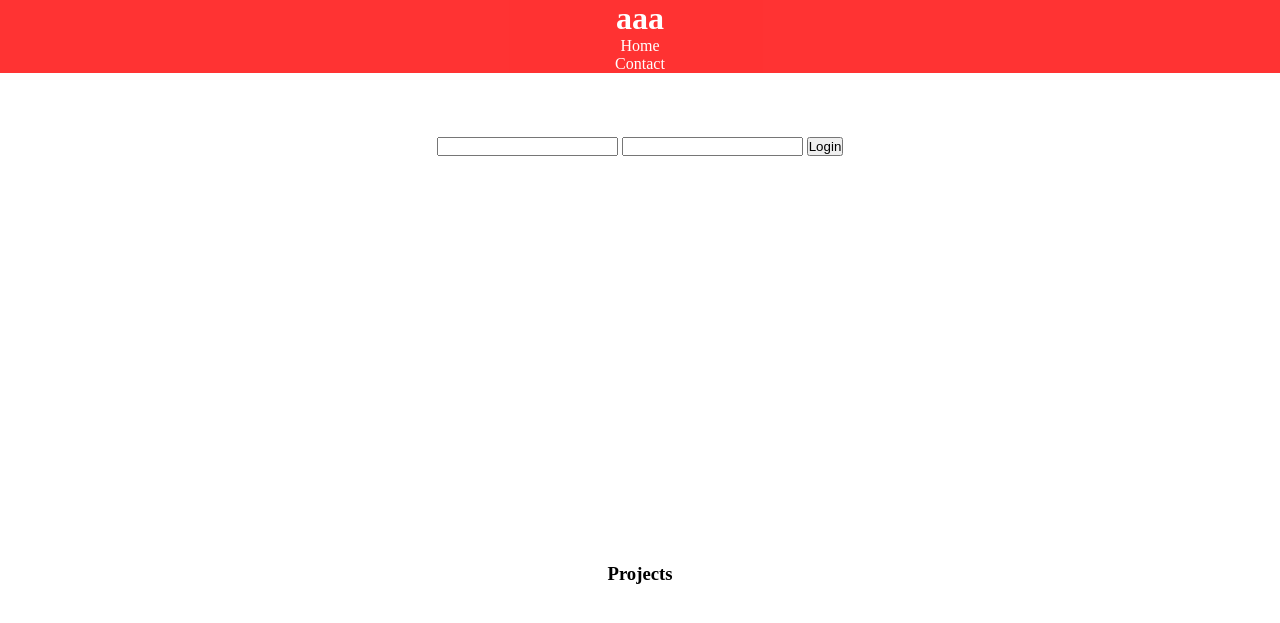
Repository: haakanerol/haakanerol
Page: Js.ass1/index.html
An editor plug-in stored every save of this project. The page is shown before and after a run of saves, followed by the edit.
The browser window is 1280 px wide. The pictures show the whole page.

Above is the page before, as saved 2024-02-25 15:54:42.

After the next 5 saves:
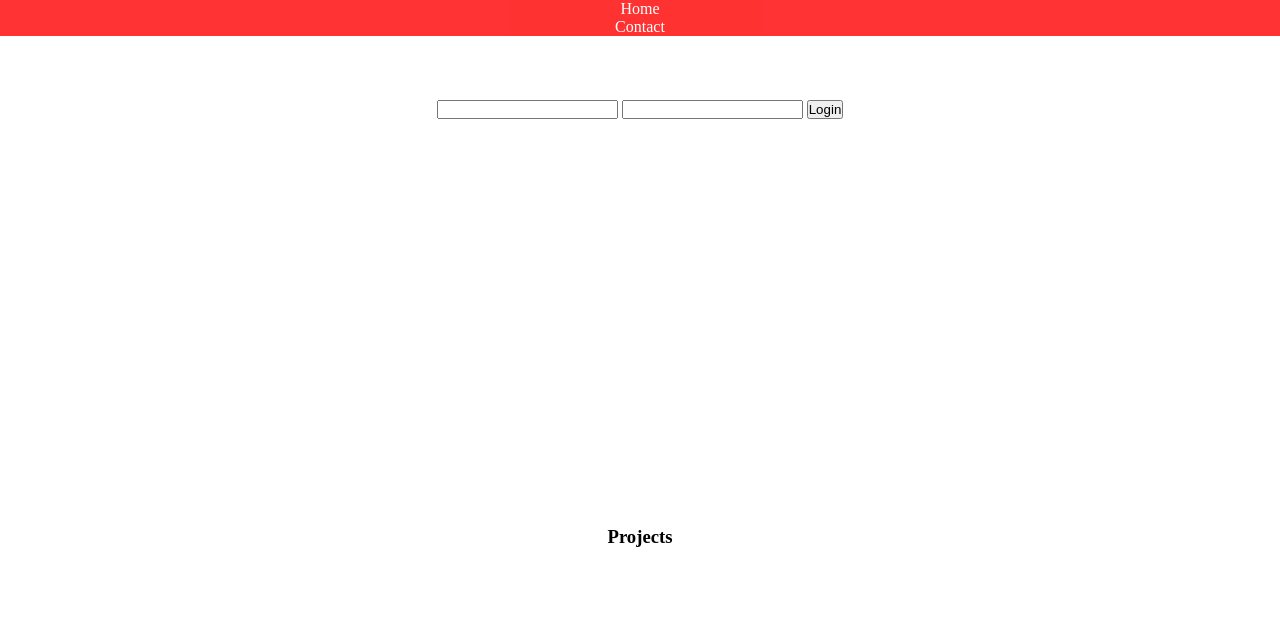
The 5 saves are shown as one change because they came seconds apart.
The last was saved 12 s later.
--- a/Js.ass1/app.js
+++ b/Js.ass1/app.js
@@ -5,4 +5,4 @@
 newHeader.style.textAlign = "center"
 
 newTitle = document.getElementById("title")
-newTitle.text
+newTitle.textContent = ""

After the 2 saves that followed:
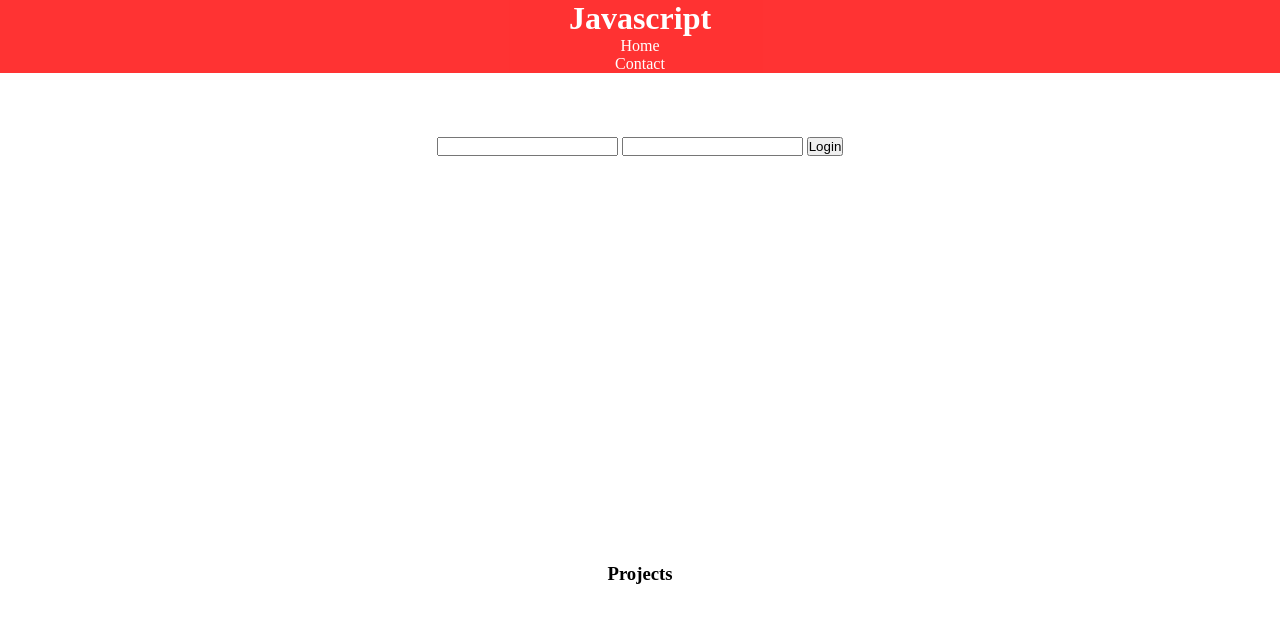
The 2 saves are shown as one change because they came seconds apart.
The last was saved 8 s later.
--- a/Js.ass1/app.js
+++ b/Js.ass1/app.js
@@ -5,4 +5,4 @@
 newHeader.style.textAlign = "center"
 
 newTitle = document.getElementById("title")
-newTitle.textContent = ""
+newTitle.textContent = "Javascript"
